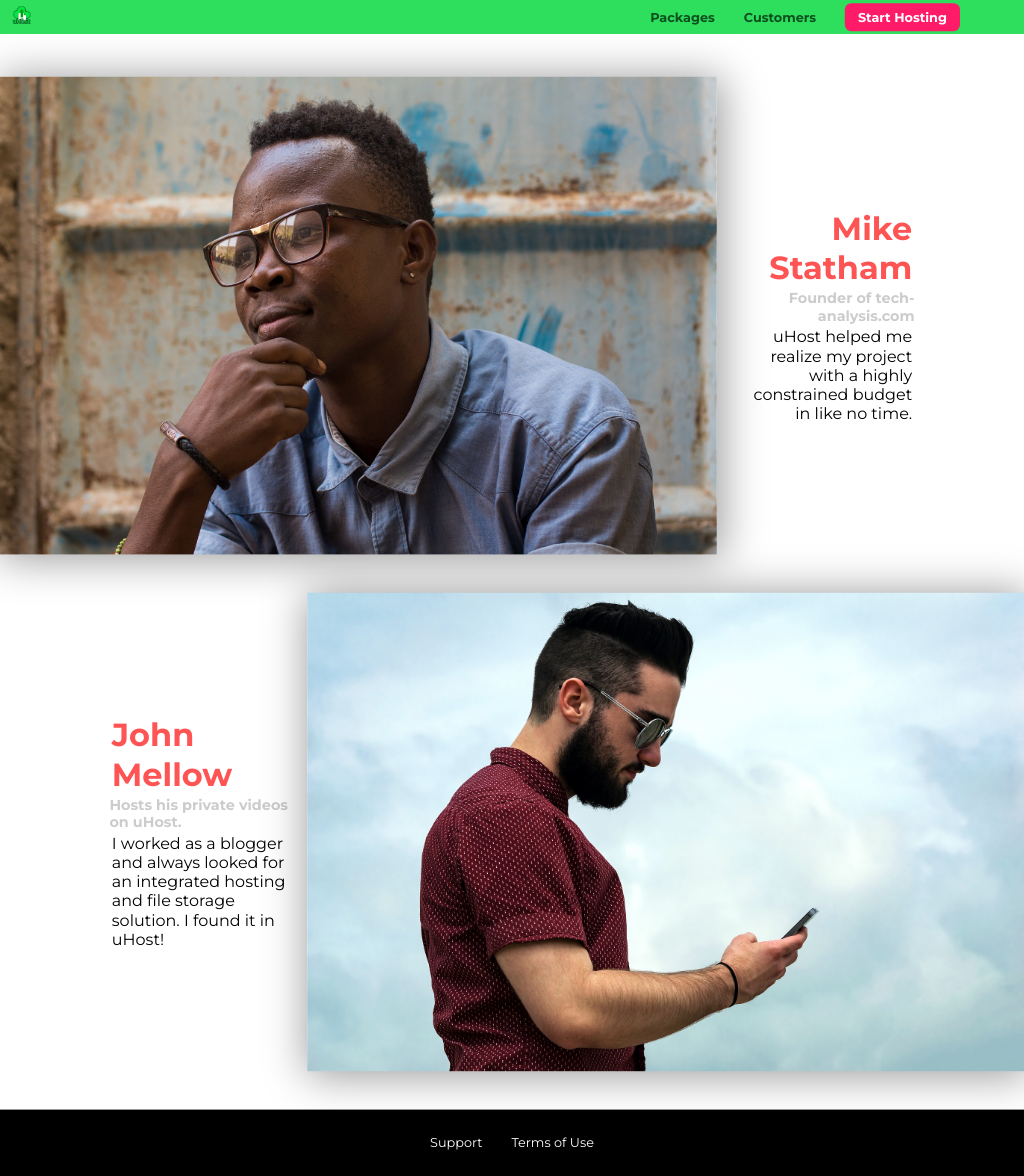
Repository: Nowacki97PL/UdemyCSS
Page: customers/index.html
An editor plug-in stored every save of this project. The page is shown before and after a run of saves, followed by the edit.
The browser window is 1280 px wide. The pictures show the whole page, at 80% of full size.

Above is the page before, as saved 2023-11-12 13:36:36.

After the next 4 saves:
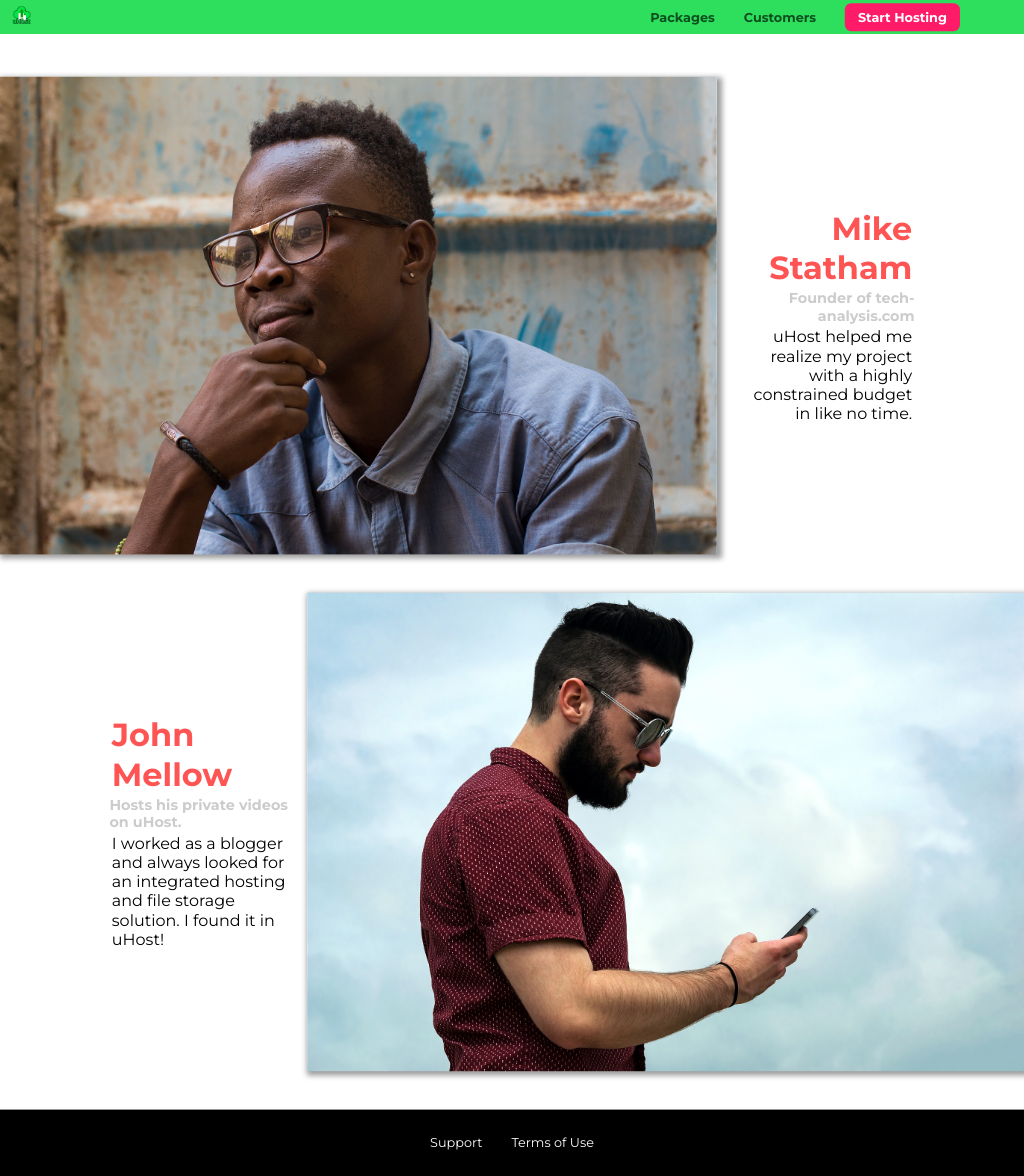
The 4 saves are shown as one change because they came seconds apart.
The last was saved 14 s later.
--- a/customers/customers.css
+++ b/customers/customers.css
@@ -16,7 +16,7 @@
     width: 70%;
     display: inline-block;
     vertical-align: middle;
-    box-shadow: 3px 3px 50px 3px rgba(0, 0,  0, 0.4);
+    box-shadow: 3px 3px 7px 3px rgba(0, 0,  0, 0.4);
   }
 
   .testimonial__image {
